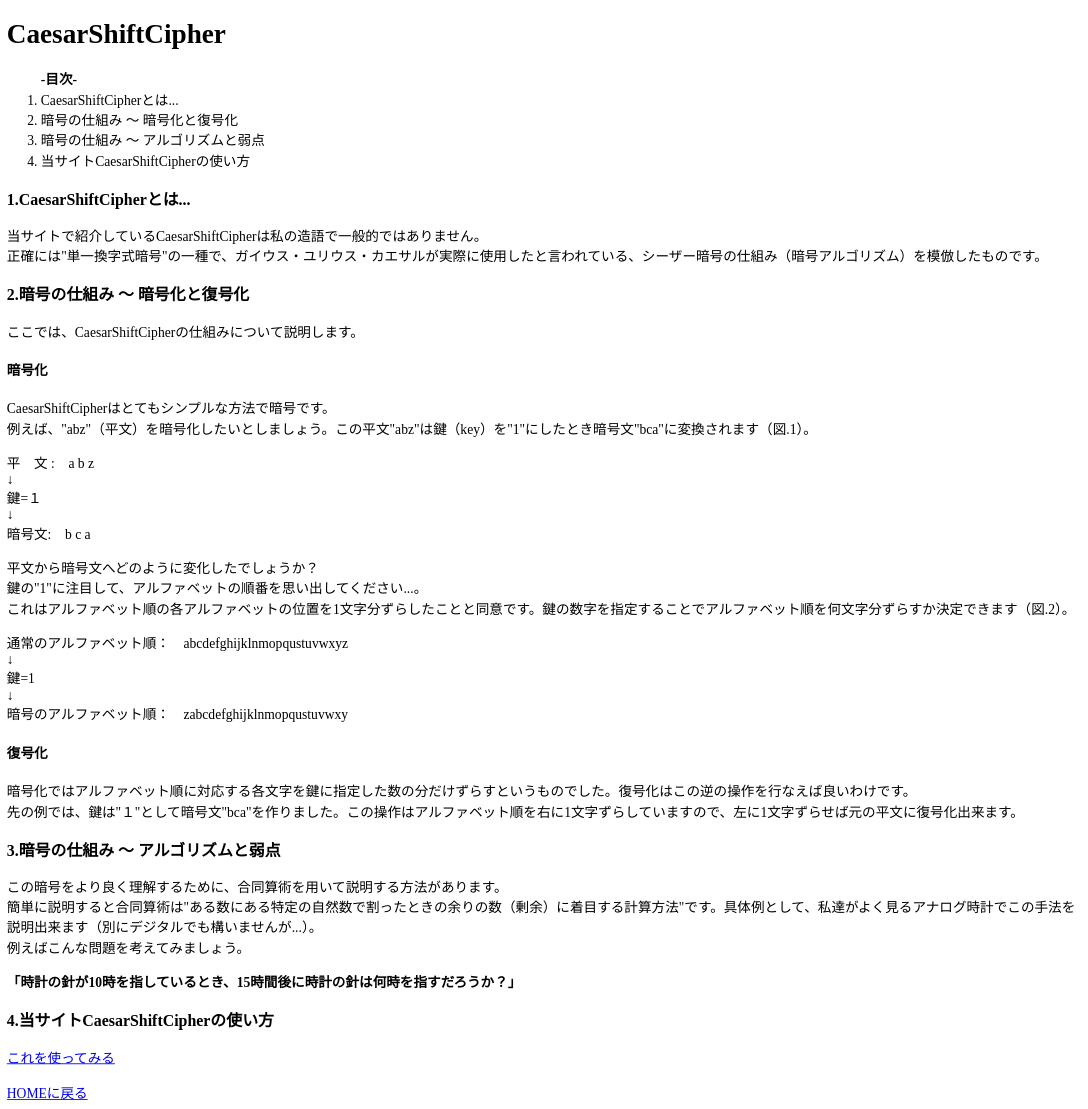
Repository: RantaWatari/TEST
Page: http://localhost/CipherProject/CipherMore?page=1
The author's editor kept a copy of each file at every save. The page is drawn from the files as they stood at one save, then again after the next save.
The browser window is 1280 px wide. The pictures show the whole page, at 85% of full size.
The page is served by Tomcat 9.

Above is the page before, as saved 2017-07-25 06:51:31.

### CipherProject/WebContent/WEB-INF/jsp/CaesarShiftCipher.jsp
<%@ page language="java" contentType="text/html; charset=UTF-8"
    pageEncoding="UTF-8"%>
<!DOCTYPE html PUBLIC "-//W3C//DTD HTML 4.01 Transitional//EN" "http://www.w3.org/TR/html4/loose.dtd">
<html>
<head>
<meta http-equiv="Content-Type" content="text/html; charset=UTF-8">
<title>CaesarShiftCipher-Page</title>
</head>
<body>

<h1>CaesarShiftCipher</h1>
	<ol>
	<strong>-目次-</strong>
	<li>CaesarShiftCipherとは...</li>
	<li>暗号の仕組み ～ 暗号化と復号化</li>
	<li>暗号の仕組み ～ アルゴリズムと弱点</li>
	<li>当サイトCaesarShiftCipherの使い方</li>
	</ol>
<h3>1.CaesarShiftCipherとは...</h3>
	<p>当サイトで紹介しているCaesarShiftCipherは私の造語で一般的ではありません。<br>
		正確には"単一換字式暗号"の一種で、ガイウス・ユリウス・カエサルが実際に使用したと言われている、シーザー暗号の仕組み（暗号アルゴリズム）を模倣したものです。</p>
<h3>2.暗号の仕組み ～ 暗号化と復号化</h3>
	<p>ここでは、CaesarShiftCipherの仕組みについて説明します。</p>
	<h4>暗号化</h4>
		<p>CaesarShiftCipherはとてもシンプルな方法で暗号です。<br>
			例えば、"abz"（平文）を暗号化したいとしましょう。この平文"abz"は鍵（key）を"1"にしたとき暗号文"bca"に変換されます（図.1）。</p>
		<p>平　文 :　a b z<br>↓<br>鍵=１<br>↓<br>暗号文:　b c a</p>
		<p>平文から暗号文へどのように変化したでしょうか？<br>
			鍵の"1"に注目して、アルファベットの順番を思い出してください...。<br>
			これはアルファベット順の各アルファベットの位置を1文字分ずらしたことと同意です。鍵の数字を指定することでアルファベット順を何文字分ずらすか決定できます（図.2）。</p>
		<p>通常のアルファベット順：　abcdefghijklnmopqustuvwxyz<br>↓<br>鍵=1<br>↓<br>暗号のアルファベット順：　zabcdefghijklnmopqustuvwxy</p>
	<h4>復号化</h4>
		<p>暗号化ではアルファベット順に対応する各文字を鍵に指定した数の分だけずらすというものでした。復号化はこの逆の操作を行なえば良いわけです。<br>
			先の例では、鍵は"１"として暗号文"bca"を作りました。この操作はアルファベット順を右に1文字ずらしていますので、左に1文字ずらせば元の平文に復号化出来ます。</p>
<h3>3.暗号の仕組み ～ アルゴリズムと弱点</h3>
	<p>この暗号をより良く理解するために、合同算術を用いて説明する方法があります。<br>
		簡単に説明すると合同算術は"ある数にある特定の自然数で割ったときの余りの数（剰余）に着目する計算方法"です。具体例として、私達がよく見るアナログ時計でこの手法を説明出来ます（別にデジタルでも構いませんが...）。<br>
		例えばこんな問題を考えてみましょう。</p>
		<strong>「時計の針が10時を指しているとき、15時間後に時計の針は何時を指すだろうか？」</strong>
	<p></p>

<h3>4.当サイトCaesarShiftCipherの使い方</h3>
	<p></p>
<a href="http://localhost/CaesarShiftCipher/CaesarShiftCipher">これを使ってみる</a><br><br>
<a href="/CipherProject/">HOMEに戻る</a>

</body>
</html>

### CipherProject/src/servlet/Cipher.java
package servlet;

import java.io.IOException;

import javax.servlet.RequestDispatcher;
import javax.servlet.ServletException;
import javax.servlet.annotation.WebServlet;
import javax.servlet.http.HttpServlet;
import javax.servlet.http.HttpServletRequest;
import javax.servlet.http.HttpServletResponse;

@WebServlet("/CipherMore")
public class Cipher extends HttpServlet {
	private static final long serialVersionUID = 1L;

	protected void doGet(HttpServletRequest request, HttpServletResponse response) throws ServletException, IOException {

		String page =  request.getParameter("page");
		int pageNum = Integer.parseInt(page);

		if(pageNum == 0){

		}else if(pageNum == 1){
			RequestDispatcher dispatcher = request.getRequestDispatcher("/WEB-INF/jsp/CaesarShiftCipher.jsp");
			dispatcher.forward(request, response);
		}else if(pageNum == 2){
			RequestDispatcher dispatcher = request.getRequestDispatcher("/WEB-INF/jsp/VigenereCipher.jsp");
			dispatcher.forward(request, response);
		}else if(pageNum == 3){
			RequestDispatcher dispatcher = request.getRequestDispatcher("/WEB-INF/jsp/Enigma.jsp");
			dispatcher.forward(request, response);
		}else if(pageNum == 777){
			RequestDispatcher dispatcher = request.getRequestDispatcher("/WEB-INF/jsp/Unicode.jsp");
			dispatcher.forward(request, response);
		}

	}

}

After the next save:
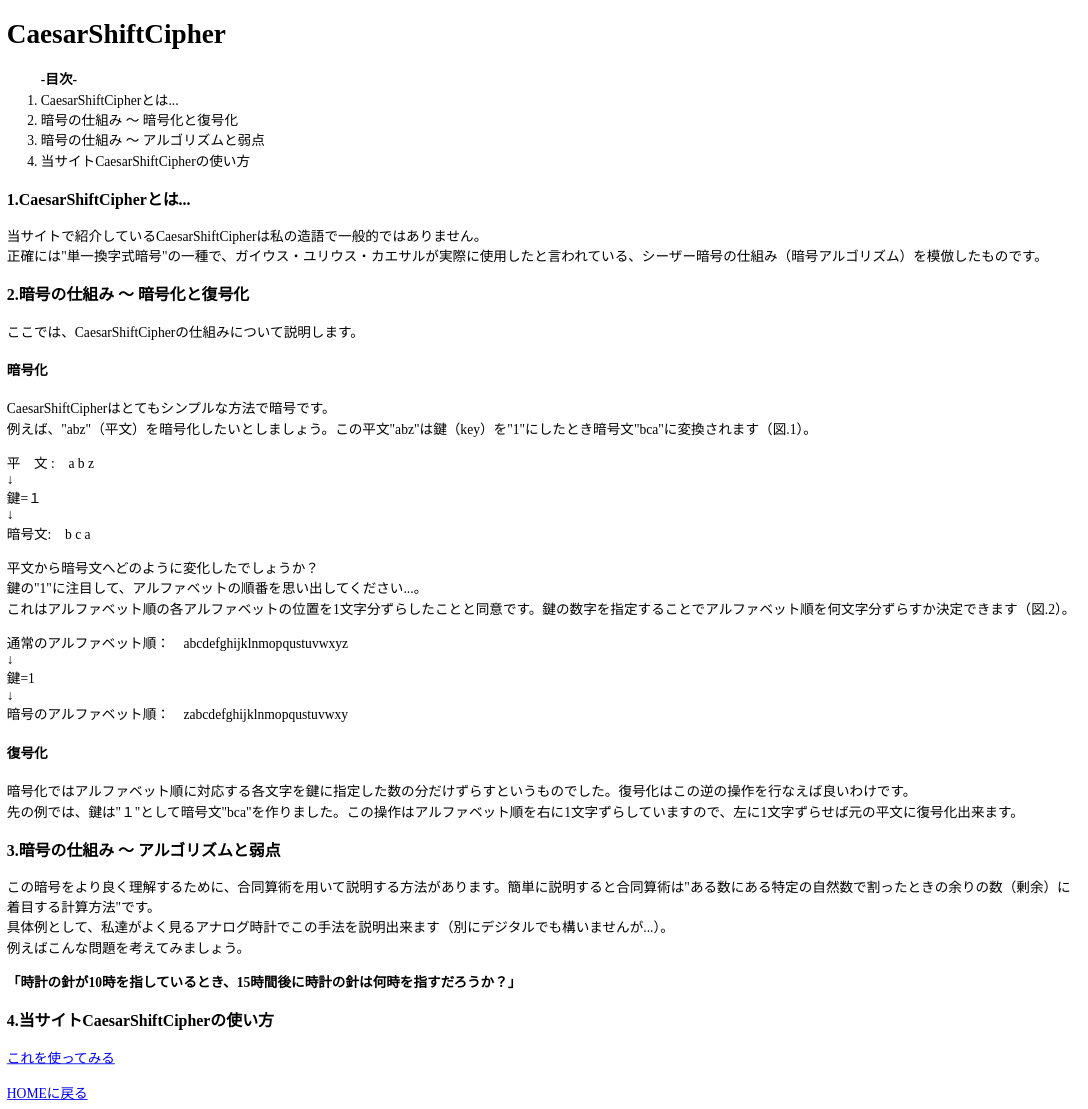
Saved 59 s later.
--- a/CipherProject/WebContent/WEB-INF/jsp/CaesarShiftCipher.jsp
+++ b/CipherProject/WebContent/WEB-INF/jsp/CaesarShiftCipher.jsp
@@ -33,8 +33,8 @@
 		<p>暗号化ではアルファベット順に対応する各文字を鍵に指定した数の分だけずらすというものでした。復号化はこの逆の操作を行なえば良いわけです。<br>
 			先の例では、鍵は"１"として暗号文"bca"を作りました。この操作はアルファベット順を右に1文字ずらしていますので、左に1文字ずらせば元の平文に復号化出来ます。</p>
 <h3>3.暗号の仕組み ～ アルゴリズムと弱点</h3>
-	<p>この暗号をより良く理解するために、合同算術を用いて説明する方法があります。<br>
-		簡単に説明すると合同算術は"ある数にある特定の自然数で割ったときの余りの数（剰余）に着目する計算方法"です。具体例として、私達がよく見るアナログ時計でこの手法を説明出来ます（別にデジタルでも構いませんが...）。<br>
+	<p>この暗号をより良く理解するために、合同算術を用いて説明する方法があります。簡単に説明すると合同算術は"ある数にある特定の自然数で割ったときの余りの数（剰余）に着目する計算方法"です。<br>
+		具体例として、私達がよく見るアナログ時計でこの手法を説明出来ます（別にデジタルでも構いませんが...）。<br>
 		例えばこんな問題を考えてみましょう。</p>
 		<strong>「時計の針が10時を指しているとき、15時間後に時計の針は何時を指すだろうか？」</strong>
 	<p></p>
